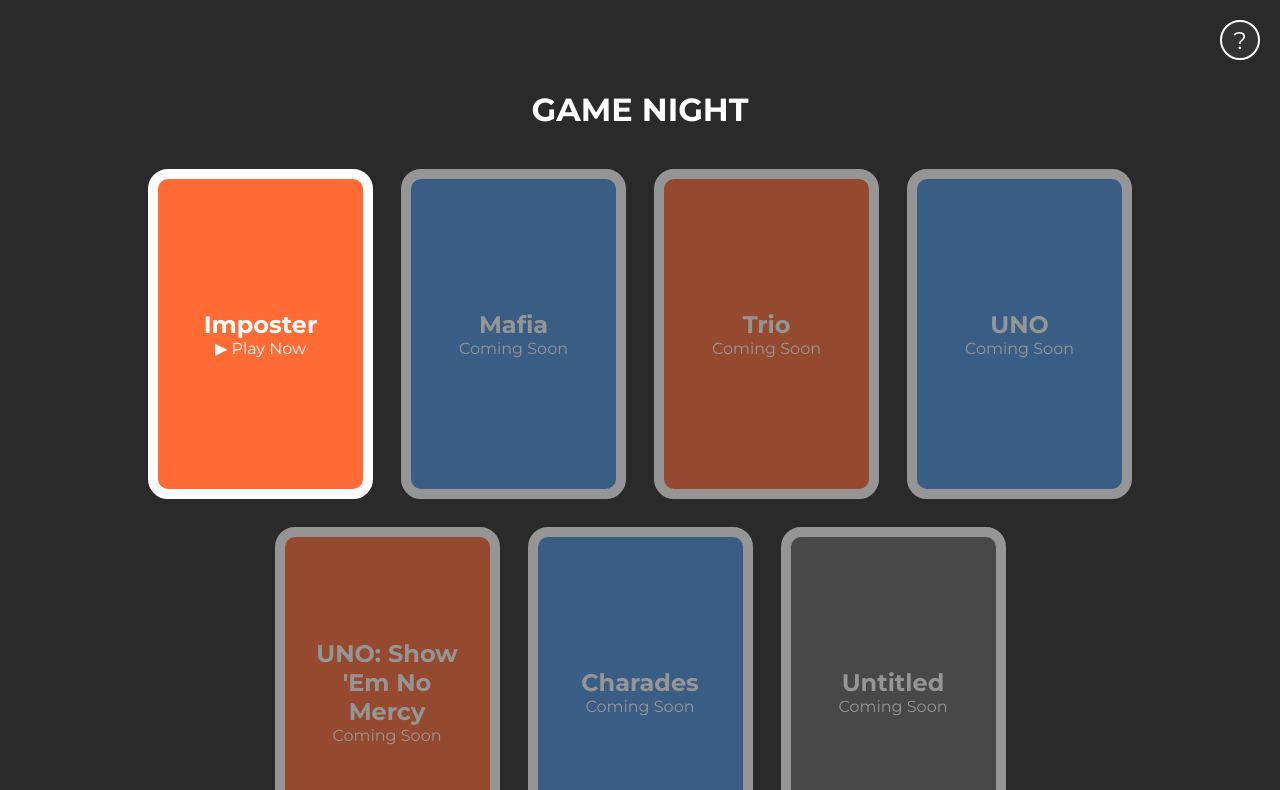
Repository: nfemmanuel/game-night-app
Page: /
These files come from the project's save history. The page is drawn as it stood at one moment and after the next save; the edit follows.
The browser window is 1280 px wide. The pictures show the whole page.
An inner scrolling area shows only its first screen. The project was rebuilt for these pictures with package versions that can differ from the ones it lists, and the page was loaded fresh each time. Also part of the build but not shown: src/components/BackButton.jsx, src/pages/ImposterSetup.jsx, src/data/wordList.js, src/pages/ImposterReveal.jsx, src/pages/ImposterVoting.jsx.

Above is the page before, as saved 2026-01-03 11:02:27.

### public/index.html
<!DOCTYPE html>
<html lang="en">

<head>
  <meta charset="utf-8" />
  <link rel="icon" href="%PUBLIC_URL%/favicon.ico" />
  <link rel="preconnect" href="https://fonts.googleapis.com">
  <link rel="preconnect" href="https://fonts.gstatic.com" crossorigin>
  <link href="https://fonts.googleapis.com/css2?family=Montserrat:wght@400;600;700&display=swap" rel="stylesheet">
  <meta name="viewport" content="width=device-width, initial-scale=1, maximum-scale=1, user-scalable=no" />
  <meta name="theme-color" content="#000000" />
  <meta name="description" content="Web site created using create-react-app" />
  <link rel="apple-touch-icon" href="%PUBLIC_URL%/logo192.png" />
  <!--
      manifest.json provides metadata used when your web app is installed on a
      user's mobile device or desktop. See https://developers.google.com/web/fundamentals/web-app-manifest/
    -->
  <link rel="manifest" href="%PUBLIC_URL%/manifest.json" />
  <!--
      Notice the use of %PUBLIC_URL% in the tags above.
      It will be replaced with the URL of the `public` folder during the build.
      Only files inside the `public` folder can be referenced from the HTML.

      Unlike "/favicon.ico" or "favicon.ico", "%PUBLIC_URL%/favicon.ico" will
      work correctly both with client-side routing and a non-root public URL.
      Learn how to configure a non-root public URL by running `npm run build`.
    -->
  <title>NF's Game Night</title>
</head>

<body>
  <noscript>You need to enable JavaScript to run this app.</noscript>
  <div id="root"></div>
  <!--
      This HTML file is a template.
      If you open it directly in the browser, you will see an empty page.

      You can add webfonts, meta tags, or analytics to this file.
      The build step will place the bundled scripts into the <body> tag.

      To begin the development, run `npm start` or `yarn start`.
      To create a production bundle, use `npm run build` or `yarn build`.
    -->
</body>

</html>

### src/index.js
import React from 'react';
import ReactDOM from 'react-dom/client';
import './index.css';
import App from './App';
import reportWebVitals from './reportWebVitals';
import * as serviceWorkerRegistration from './serviceWorkerRegistration';

const root = ReactDOM.createRoot(document.getElementById('root'));
root.render(
  <React.StrictMode>
    <App />
  </React.StrictMode>
);

// If you want to start measuring performance in your app, pass a function
// to log results (for example: reportWebVitals(console.log))
// or send to an analytics endpoint. Learn more: https://bit.ly/CRA-vitals
reportWebVitals();

serviceWorkerRegistration.register();

### src/App.js
import { BrowserRouter, Routes, Route } from 'react-router-dom';
import './styles/global.css';
import LandingPage from './pages/LandingPage';
import ImposterSetup from './pages/ImposterSetup';
import ImposterReveal from './pages/ImposterReveal';
import ImposterVoting from './pages/ImposterVoting';

function App() {
  return (
    <BrowserRouter>
      <Routes>
        <Route path="/" element={<LandingPage />} />
        <Route path="/imposter-setup" element={<ImposterSetup />} />
        <Route path="/imposter-reveal" element={<ImposterReveal />} />
        <Route path="/imposter-voting" element={<ImposterVoting />} />
      </Routes>
    </BrowserRouter>
  );
}

export default App;

### src/serviceWorkerRegistration.js
export function register() {
    if ('serviceWorker' in navigator) {
        window.addEventListener('load', () => {
            navigator.serviceWorker.register('/service-worker.js').then(
                (registration) => {
                    console.log('SW registered: ', registration);
                },
                (error) => {
                    console.log('SW registration failed: ', error);
                }
            );
        });
    }
}

### src/styles/global.css
* {
    margin: 0;
    padding: 0;
    box-sizing: border-box;
}

body {
    font-family: 'Montserrat', 'Helvetica Neue', 'Arial', sans-serif;
    background-color: rgb(42, 42, 42);
    color: white;
    overflow: hidden;
}

button {
    cursor: pointer;
    border: none;
    border-radius: 5px;
    font-family: inherit;
    font-size: 1rem;
    padding: 10px 20px;
}

/* Prevent scrolling under fixed buttons */
body {
    padding-top: 70px;
}

/* Page title positioning */
.page-title {
    margin-top: 0;
    margin-bottom: 30px;
}

/* Mobile adjustments */
@media (max-width: 768px) {

    /* Page titles */
    .page-title {
        font-size: 2rem !important;
        margin-bottom: 20px;
    }

    /* General headings */
    h1 {
        font-size: 3rem !important;
    }

    h2 {
        font-size: 1.5rem !important;
    }

    h3 {
        font-size: 1.2rem !important;
    }

    p {
        font-size: 1rem !important;
    }

    /* Input fields */
    input[type="text"] {
        width: 100% !important;
        max-width: 300px !important;
        font-size: 1rem !important;
        padding: 12px !important;
        margin-right: 0 !important;
        margin-bottom: 10px !important;
    }

    /* Buttons */
    button {
        font-size: 1rem !important;
        padding: 12px 24px !important;
    }

    /* Smaller back/help buttons */
    .back-button {
        padding: 8px 12px !important;
        font-size: 1rem !important;
        top: 10px !important;
        left: 10px !important;
    }

    .help-button-container {
        top: 10px !important;
        right: 10px !important;
    }

    .help-button {
        width: 30px !important;
        height: 30px !important;
        font-size: 1.2rem !important;
    }

    /* Reveal card */
    .reveal-card {
        width: 280px !important;
        height: 400px !important;
    }

    .reveal-card h2 {
        font-size: 2rem !important;
    }

    /* Reduce padding on mobile */
    body {
        padding-top: 60px;
    }
}

@media (max-width: 480px) {
    .page-title {
        font-size: 1.5rem !important;
    }

    h1 {
        font-size: 2.5rem !important;
    }

    input[type="text"] {
        font-size: 0.9rem !important;
        padding: 10px !important;
    }

    button {
        font-size: 0.9rem !important;
        padding: 10px 20px !important;
    }

    .reveal-card {
        width: 240px !important;
        height: 340px !important;
    }

    .reveal-card h2 {
        font-size: 1.8rem !important;
    }
}

/* Landing page can scroll on mobile */
.landing-page {
    overflow-y: auto !important;
    height: 100vh;
}

### src/pages/LandingPage.jsx
import { useNavigate } from 'react-router-dom';
import GameCard from '../components/GameCard';
import HelpButton from '../components/HelpButton';

function LandingPage() {
    const navigate = useNavigate();

    const handleClick = (gameName, route) => {
        if (route) {
            navigate(route);
        }
    };

    return (
        <div className="landing-page" style={{ padding: '20px', textAlign: 'center' }}>
            <HelpButton />
            <h1>GAME NIGHT</h1>

            <div style={{
                display: 'flex',
                gap: '8px',
                justifyContent: 'center',
                marginTop: '30px',
                flexWrap: 'wrap',
                padding: '0 8px',
                width: '100%',
                boxSizing: 'border-box',
                overflowX: 'auto',
            }}>
                <GameCard
                    name="Imposter"
                    available={true}
                    color="orange"
                    onClick={() => handleClick("Imposter", "/imposter-setup")}
                />
                <GameCard
                    name="Mafia"
                    available={false}
                    color="blue"
                    onClick={() => handleClick("Mafia", "/mafia-setup")}
                />
                <GameCard
                    name="Trio"
                    available={false}
                    color="orange"
                    onClick={() => handleClick("Trio", "/trio-setup")}
                />
                <GameCard
                    name="UNO"
                    available={false}
                    color="blue"
                    onClick={() => handleClick("UNO", "/uno-setup")}
                />
                <GameCard
                    name="UNO: Show 'Em No Mercy"
                    available={false}
                    color="orange"
                    onClick={() => handleClick("UNO-NM", "/uno-nm-setup")}
                />
                <GameCard
                    name="Charades"
                    available={false}
                    color="blue"
                    onClick={() => handleClick("Charades", "/charades-setup")}
                />
                <GameCard
                    name="Untitled"
                    available={false}
                    onClick={() => { }}
                />
            </div>
        </div>
    );
}

export default LandingPage;

### src/components/GameCard.jsx
import styles from './GameCard.module.css';

function GameCard({ name, available, onClick, color }) {  // Add color here
    // Combine card + available/disabled classes + color
    const cardClasses = `${styles.card} ${available ? styles.available : styles.disabled} ${color ? styles[color] : ''}`;

    return (
        <div
            className={cardClasses}
            onClick={available ? onClick : null}
        >
            <h2 class="card-name">{name}</h2>
            <p class="card-ava">{available ? '▶ Play Now' : 'Coming Soon'}</p>
        </div>
    );
}

export default GameCard;

### src/components/HelpButton.jsx
import { useState } from 'react';

function HelpButton() {
    const [showHelp, setShowHelp] = useState(false);

    return (
        <div
            className="help-button-container"
            style={{
                position: 'fixed',
                top: '20px',
                right: '20px',
                zIndex: 1000
            }}
            onMouseEnter={() => setShowHelp(true)}
            onMouseLeave={() => setShowHelp(false)}
        >
            <div
                className="help-button"
                style={{
                    width: '40px',
                    height: '40px',
                    borderRadius: '50%',
                    border: '2px solid white',
                    color: 'white',
                    fontSize: '1.5rem',
                    display: 'flex',
                    alignItems: 'center',
                    justifyContent: 'center',
                    cursor: 'pointer',
                    backgroundColor: '#333'
                }}
            >
                ?
            </div>

            {showHelp && (
                <div
                    style={{
                        position: 'absolute',
                        top: '50px',
                        right: '0',
                        backgroundColor: '#222',
                        border: '2px solid white',
                        borderRadius: '10px',
                        padding: '20px',
                        width: '300px',
                        maxWidth: '90vw',
                        textAlign: 'left',
                        fontSize: '0.9rem',
                        lineHeight: '1.5'
                    }}
                >
                    <h3 style={{ marginTop: 0, marginBottom: '10px', fontSize: '1.1rem' }}>
                        How to Play Imposter
                    </h3>
                    <ol style={{ paddingLeft: '20px', margin: 0 }}>
                        <li>Add 3+ player names</li>
                        <li>One random player is secretly the imposter</li>
                        <li>Everyone else sees the same secret word</li>
                        <li>Pass the phone around - each player holds the card to see their word</li>
                        <li>The imposter sees "You're the imposter. Shh!"</li>
                        <li>After everyone has seen their card, discuss and guess who the imposter is</li>
                        <li>Vote for the imposter or skip to reveal</li>
                    </ol>
                </div>
            )}
        </div>
    );
}

export default HelpButton;

### src/components/GameCard.module.css
.card {
    width: 225px;
    aspect-ratio: 225 / 330;
    padding: 30px;
    margin: 10px;
    border-radius: 20px;
    border: 10px solid white;
    text-align: center;
    transition: all 0.3s ease;
    display: flex;
    flex-direction: column;
    justify-content: center;
    align-items: center;
}

.card-name {
    font-size: 1.8rem;
    margin: 0;
}

.card-available {
    font-size: 1.1rem;
    margin: 10px 0 0 0;
}

.available {
    color: white;
    cursor: pointer;
}

.available:hover {
    transform: scale(1.05);
}

.disabled {
    background-color: #666;
    color: white;
    cursor: not-allowed;
    opacity: 0.5;
}

.orange {
    background-color: #FF6B35;
}

.orange:hover {
    box-shadow: 0 0 20px rgba(255, 107, 53, 0.6);
}

.blue {
    background-color: #4A90E2;
}

.blue:hover {
    box-shadow: 0 0 20px rgba(74, 144, 226, 0.6);
}

/* Mobile: 3 cards per row with locked aspect ratio */
@media (max-width: 768px) {
    .card {
        width: calc(33.333% - 10px);
        aspect-ratio: 225 / 330;
        padding: 3vw;
        margin: 5px;
        border-width: 5px;
        border-radius: 12px;
    }

    .card-name {
        font-size: 0.75rem;
        /* Fixed small size */
        margin-bottom: 5px;
        line-height: 1.2;
    }

    .card-available {
        font-size: 0.6rem;
        /* Fixed small size */
        margin-top: 5px;
    }
}

@media (max-width: 480px) {
    .card {
        width: calc(25% - 8px);
        aspect-ratio: 225 / 330;
        padding: 2.5vw;
        margin: 4px;
        border-width: 4px;
    }

    .card-name {
        font-size: 0.5rem !important;
        /* Even smaller */
        margin-bottom: 3px;
        line-height: 1.1;
    }

    .card-available {
        font-size: 0.55rem !important;
        /* Even smaller */
        margin-top: 3px;
    }
}

Loaded but not shown: src/index.css (common file); src/reportWebVitals.js (common file)

After the next save:
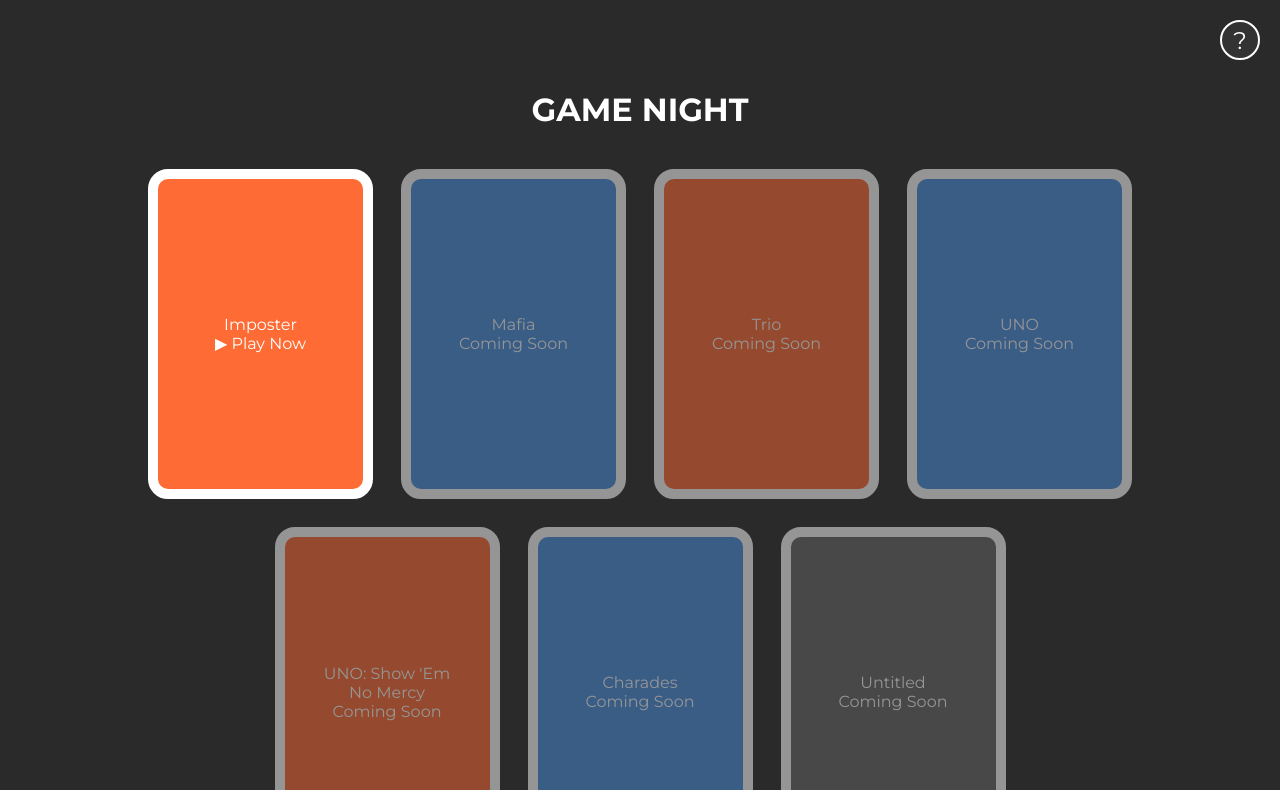
Saved 2 min 35 s later.
--- a/src/components/GameCard.jsx
+++ b/src/components/GameCard.jsx
@@ -1,7 +1,6 @@
 import styles from './GameCard.module.css';
 
-function GameCard({ name, available, onClick, color }) {  // Add color here
-    // Combine card + available/disabled classes + color
+function GameCard({ name, available, onClick, color }) {
     const cardClasses = `${styles.card} ${available ? styles.available : styles.disabled} ${color ? styles[color] : ''}`;
 
     return (
@@ -9,8 +8,8 @@ function GameCard({ name, available, onClick, color }) {  // Add color here
             className={cardClasses}
             onClick={available ? onClick : null}
         >
-            <h2 class="card-name">{name}</h2>
-            <p class="card-ava">{available ? '▶ Play Now' : 'Coming Soon'}</p>
+            <div className="card-name">{name}</div>
+            <div className="card-status">{available ? '▶ Play Now' : 'Coming Soon'}</div>
         </div>
     );
 }
